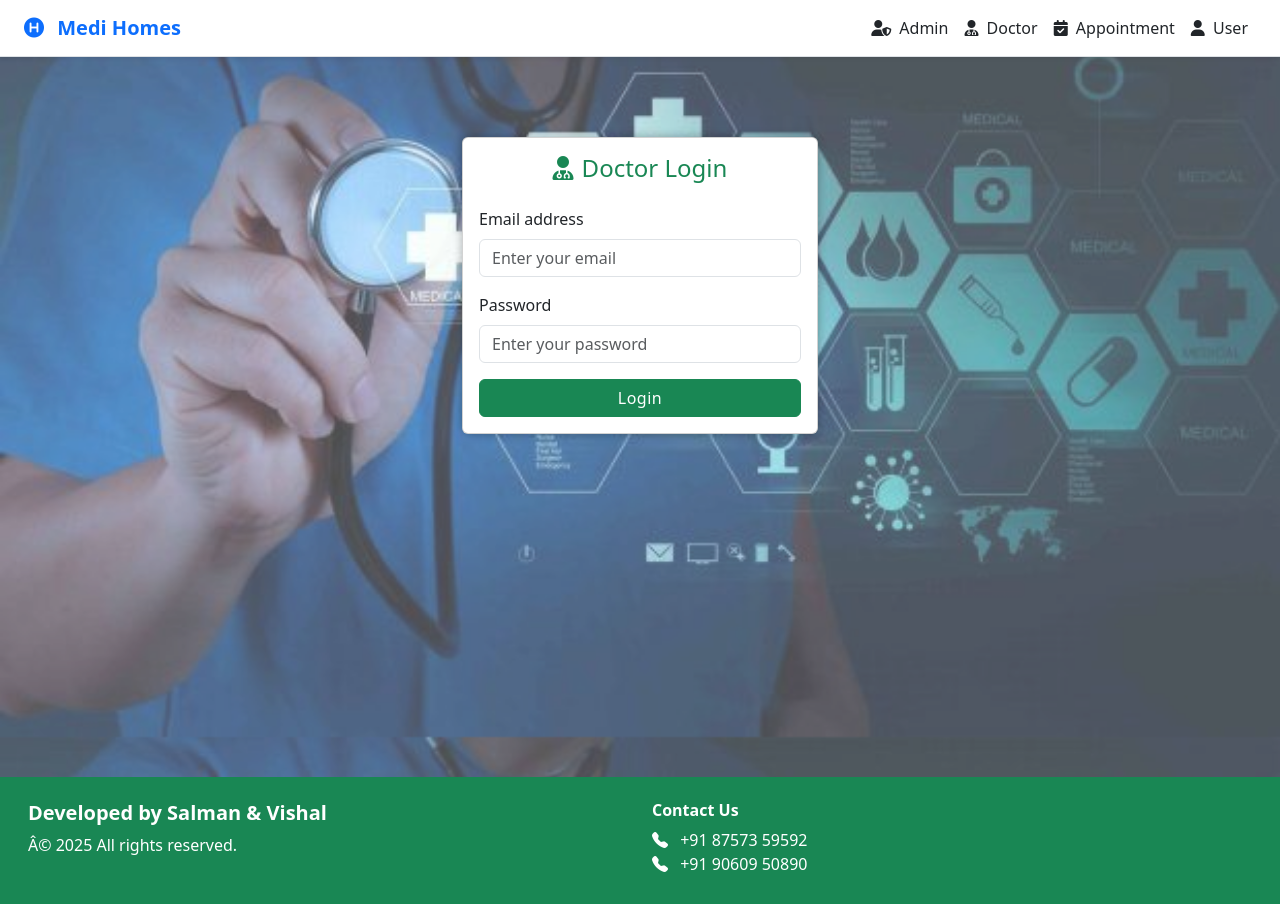
Repository: vishal-java-dev/Hospital_Management_System
Page: http://localhost/Hospital_Management_System/doctor_login.jsp
The author's editor kept a copy of each file at every save. The page is drawn from the files as they stood at one save, then again after the next save.
The browser window is 1280 px wide. The pictures show the whole page.
Backgrounds fixed to the window are drawn as part of the page. The page is served by Tomcat 10. Other server files are loaded and not shown.

Above is the page before, as saved 2025-07-02 01:36:07.

### Hospital_Management_System/src/main/webapp/doctor_login.jsp
<%@ page language="java" contentType="text/html; charset=UTF-8" pageEncoding="UTF-8"%>
<%@ taglib prefix="c" uri="http://java.sun.com/jsp/jstl/core" %>
<%@ page isELIgnored="false" %>
<!DOCTYPE html>
<html>
<head>
  <meta charset="UTF-8">
  <title>Doctor Login - Medi Homes</title>
  <%@include file="components/allCss.jsp"%>

  <style>
    body, html {
      height: 100%;
      margin: 0;
      padding: 0;
      background: url('img/bg-4.jpg') no-repeat center center fixed;
      background-size: cover;
      font-family: 'Segoe UI', Tahoma, Geneva, Verdana, sans-serif;
    }

    .overlay {
      background-color: rgba(255, 255, 255, 0.3); /* Light white overlay */
      min-height: 100vh;
      padding-top: 80px;
    }

    .paint-card {
      box-shadow: 0 0 10px rgba(0, 0, 0, 0.3);
      border-radius: 10px;
      background-color: white;
    }

    .form-label {
      font-weight: 500;
    }

    .btn-success {
      font-weight: 500;
      letter-spacing: 0.5px;
    }
  </style>
</head>
<body>

  <%@ include file="components/navBar.jsp"%>

  <div class="overlay">
    <div class="container">
      <div class="row">
        <div class="col-md-4 offset-md-4">
          <div class="card paint-card">
            <div class="card-body">
              <h4 class="text-center text-success mb-4">
                <i class="fas fa-user-md me-2"></i>Doctor Login
              </h4>

              <c:if test="${not empty sucMsg}">
                <p class="text-center text-success fs-5">${sucMsg}</p>
                <c:remove var="sucMsg" scope="session" />
              </c:if>

              <c:if test="${not empty errorMsg}">
                <p class="text-center text-danger fs-5">${errorMsg}</p>
                <c:remove var="errorMsg" scope="session" />
              </c:if>

              <form action="doctorLogin" method="post">
                <div class="mb-3">
                  <label class="form-label">Email address</label>
                  <input required name="email" type="email" class="form-control" placeholder="Enter your email">
                </div>

                <div class="mb-3">
                  <label class="form-label">Password</label>
                  <input required name="password" type="password" class="form-control" placeholder="Enter your password">
                </div>

                <button type="submit" class="btn btn-success w-100">Login</button>
              </form>

            </div>
          </div>
        </div>
      </div>
    </div>
  </div>

  <%@include file="components/footer.jsp"%>
</body>
</html>

### Hospital_Management_System/src/main/webapp/components/allCss.jsp
<!-- ✅ Bootstrap CSS -->
<link href="https://cdn.jsdelivr.net/npm/bootstrap@5.3.2/dist/css/bootstrap.min.css" rel="stylesheet">

<!-- ✅ Font Awesome Icons -->
<link href="https://cdnjs.cloudflare.com/ajax/libs/font-awesome/6.5.0/css/all.min.css" rel="stylesheet">

<!-- ✅ Bootstrap Bundle JS (with Popper for dropdowns) -->
<script src="https://cdn.jsdelivr.net/npm/bootstrap@5.3.2/dist/js/bootstrap.bundle.min.js"></script>

### Hospital_Management_System/src/main/webapp/components/navBar.jsp
<%@ taglib prefix="c" uri="http://java.sun.com/jsp/jstl/core" %>
<%@ page isELIgnored="false" %>

<!-- Add Font Awesome and Bootstrap CSS in <head> -->
<link rel="stylesheet" href="https://cdnjs.cloudflare.com/ajax/libs/font-awesome/6.4.0/css/all.min.css">

<nav class="navbar navbar-expand-lg navbar-light bg-white shadow-sm border-bottom">
  <div class="container-fluid px-4">
    <a class="navbar-brand text-primary fw-bold" href="index.jsp">
      <i class="fas fa-hospital-symbol me-2"></i> Medi Homes
    </a>
    <button class="navbar-toggler" type="button" data-bs-toggle="collapse"
      data-bs-target="#navbarSupportedContent" aria-controls="navbarSupportedContent"
      aria-expanded="false" aria-label="Toggle navigation">
      <span class="navbar-toggler-icon"></span>
    </button>

    <div class="collapse navbar-collapse" id="navbarSupportedContent">
      <ul class="navbar-nav ms-auto mb-2 mb-lg-0 align-items-center">

        <!-- Not Logged In -->
        <c:if test="${empty userObj}">
          <li class="nav-item">
            <a class="nav-link text-dark" href="admin_login.jsp">
              <i class="fas fa-user-shield me-1"></i> Admin
            </a>
          </li>
          <li class="nav-item">
            <a class="nav-link text-dark" href="doctor_login.jsp">
              <i class="fas fa-user-md me-1"></i> Doctor
            </a>
          </li>
          <li class="nav-item">
            <a class="nav-link text-dark" href="user_appointment.jsp">
              <i class="fas fa-calendar-check me-1"></i> Appointment
            </a>
          </li>
          <li class="nav-item">
            <a class="nav-link text-dark" href="user_login.jsp">
              <i class="fas fa-user me-1"></i> User
            </a>
          </li>
        </c:if>

        <!-- Logged In -->
        <c:if test="${not empty userObj}">
          <li class="nav-item">
            <a class="nav-link text-dark" href="user_appointment.jsp">
              <i class="fas fa-calendar-plus me-1"></i> Appointment
            </a>
          </li>
          <li class="nav-item">
            <a class="nav-link text-dark" href="view_appointment.jsp">
              <i class="fas fa-list-alt me-1"></i> View Appointments
            </a>
          </li>

          <li class="nav-item dropdown">
            <a class="nav-link dropdown-toggle text-dark" href="#" id="navbarDropdown" role="button"
              data-bs-toggle="dropdown" aria-expanded="false">
              <i class="fas fa-user-circle me-1"></i> ${userObj.fullname}
            </a>
            <ul class="dropdown-menu dropdown-menu-end">
              <li><a class="dropdown-item" href="change_password.jsp">
                <i class="fas fa-key me-2"></i> Change Password</a>
              </li>
              <li><a class="dropdown-item" href="userLogout">
                <i class="fas fa-sign-out-alt me-2"></i> Logout</a>
              </li>
            </ul>
          </li>
        </c:if>
      </ul>
    </div>
  </div>
</nav>

### Hospital_Management_System/src/main/webapp/components/footer.jsp
<!DOCTYPE html>
<html lang="en">
<head>
  <meta charset="UTF-8">
  <title>Footer Example</title>
  <link href="https://cdn.jsdelivr.net/npm/bootstrap@5.3.0/dist/css/bootstrap.min.css" rel="stylesheet">
  <link href="https://cdn.jsdelivr.net/npm/bootstrap-icons@1.10.5/font/bootstrap-icons.css" rel="stylesheet">
</head>
<body>

<footer class="container-fluid bg-success text-white py-4">
  <div class="row text-center text-md-start px-3">
    <div class="col-md-6 mb-3 mb-md-0">
      <h5 class="fw-bold">Developed by Salman & Vishal</h5>
      <p class="mb-1"> © 2025 All rights reserved.</p>
    </div>
    <div class="col-md-6">
      <h6 class="fw-bold">Contact Us</h6>
      <p class="mb-1">
        <i class="bi bi-telephone-fill me-2"></i>
        <a href="tel:+918757359592" class="text-white text-decoration-none">
          +91 87573 59592
        </a><br>
        <i class="bi bi-telephone-fill me-2"></i>
        <a href="tel:+919060950890" class="text-white text-decoration-none">
          +91 90609 50890
        </a>
      </p>
    </div>
  </div>
</footer>

</body>
</html>

After the next save:
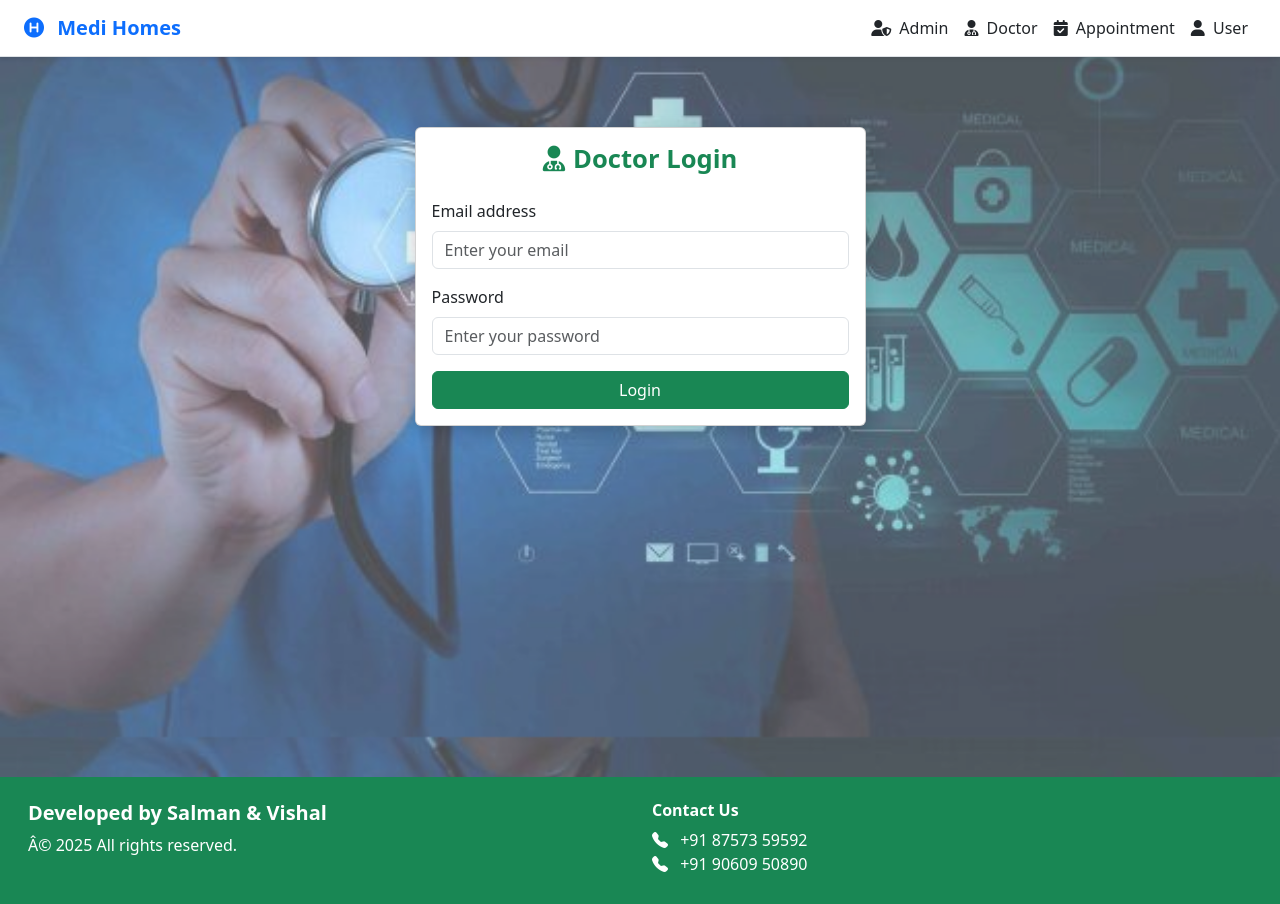
Saved 89 s later.
--- a/Hospital_Management_System/src/main/webapp/doctor_login.jsp
+++ b/Hospital_Management_System/src/main/webapp/doctor_login.jsp
@@ -19,15 +19,16 @@
     }
 
     .overlay {
-      background-color: rgba(255, 255, 255, 0.3); /* Light white overlay */
+      background-color: rgba(255, 255, 255, 0.3);
       min-height: 100vh;
-      padding-top: 80px;
+      padding-top: 70px;
+      padding-bottom: 40px;
     }
 
     .paint-card {
-      box-shadow: 0 0 10px rgba(0, 0, 0, 0.3);
-      border-radius: 10px;
-      background-color: white;
+      box-shadow: 0 6px 20px rgba(0, 0, 0, 0.2);
+      border-radius: 12px;
+      background-color: #fff;
     }
 
     .form-label {
@@ -36,7 +37,25 @@
 
     .btn-success {
       font-weight: 500;
-      letter-spacing: 0.5px;
+      border-radius: 6px;
+      transition: all 0.3s ease;
+    }
+
+    .btn-success:hover {
+      background-color: #218838;
+    }
+
+    .form-control {
+      border-radius: 6px;
+    }
+
+    .login-title {
+      font-weight: 600;
+      font-size: 1.6rem;
+    }
+
+    .message {
+      font-size: 1rem;
     }
   </style>
 </head>
@@ -46,21 +65,21 @@
 
   <div class="overlay">
     <div class="container">
-      <div class="row">
-        <div class="col-md-4 offset-md-4">
+      <div class="row justify-content-center">
+        <div class="col-md-5">
           <div class="card paint-card">
             <div class="card-body">
-              <h4 class="text-center text-success mb-4">
+              <h4 class="text-center text-success login-title mb-4">
                 <i class="fas fa-user-md me-2"></i>Doctor Login
               </h4>
 
               <c:if test="${not empty sucMsg}">
-                <p class="text-center text-success fs-5">${sucMsg}</p>
+                <div class="alert alert-success text-center message">${sucMsg}</div>
                 <c:remove var="sucMsg" scope="session" />
               </c:if>
 
               <c:if test="${not empty errorMsg}">
-                <p class="text-center text-danger fs-5">${errorMsg}</p>
+                <div class="alert alert-danger text-center message">${errorMsg}</div>
                 <c:remove var="errorMsg" scope="session" />
               </c:if>
 
